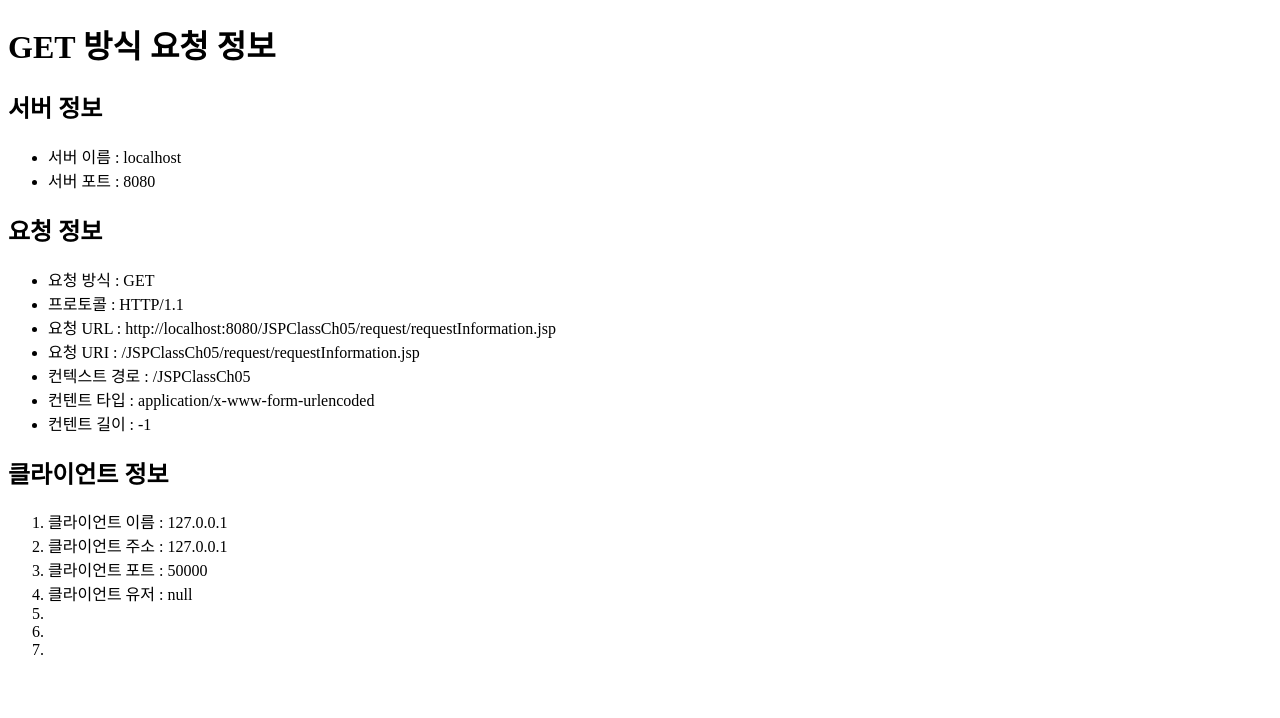
Repository: ddochiisrich/Ddochi-Web
Page: http://localhost/JSPClassCh05/request/requestInformation.jsp
The author's editor kept a copy of each file at every save. The page is drawn from the files as they stood at one save, then again after the next save.
The browser window is 1280 px wide. The pictures show the whole page.
The page is served by Tomcat 9.

Above is the page before, as saved 2024-04-05 00:51:46.

### JSPClassCh05/src/main/webapp/request/requestInformation.jsp
<%@ page language="java" contentType="text/html; charset=UTF-8"
    pageEncoding="UTF-8"%>
<!DOCTYPE html>
<html>
<head>
<meta charset="UTF-8">
<title>Insert title here</title>
</head>
<body>
	<h1><%= request.getMethod() %> 방식 요청 정보</h1>
	<h2>서버 정보</h2>
		<ul>
			<li>서버 이름 : <%= request.getServerName() %></li>
			<li>서버 포트 : <%= request.getServerPort() %></li>
		</ul>
	<h2>요청 정보</h2>
		<ul>
			<li>요청 방식 : <%= request.getMethod() %></li>
			<li>프로토콜 : <%= request.getProtocol() %></li>
			<li>요청 URL : <%= request.getRequestURL() %></li>
			<li>요청 URI : <%= request.getRequestURI() %></li>
			<li>컨텍스트 경로 : <%= request.getContextPath() %></li>
			<li>컨텐트 타입 : <%= request.getContentType() %></li>
			<li>컨텐트 길이 : <%= request.getContentLength() %></li>
		</ul>
	<h2>클라이언트 정보</h2>
		<ol>
			<li>클라이언트 이름 : <%= request.getRemoteHost() %></li>
			<li>클라이언트 주소 : <%= request.getRemoteAddr() %></li>
			<li>클라이언트 포트 : <%= request.getRemotePort() %></li>
			<li>클라이언트 유저 : <%= request.getRemoteUser() %></li>
			<li></li>
			<li></li>
			<li></li>
		</ol>
</body>
</html>

After the next save:
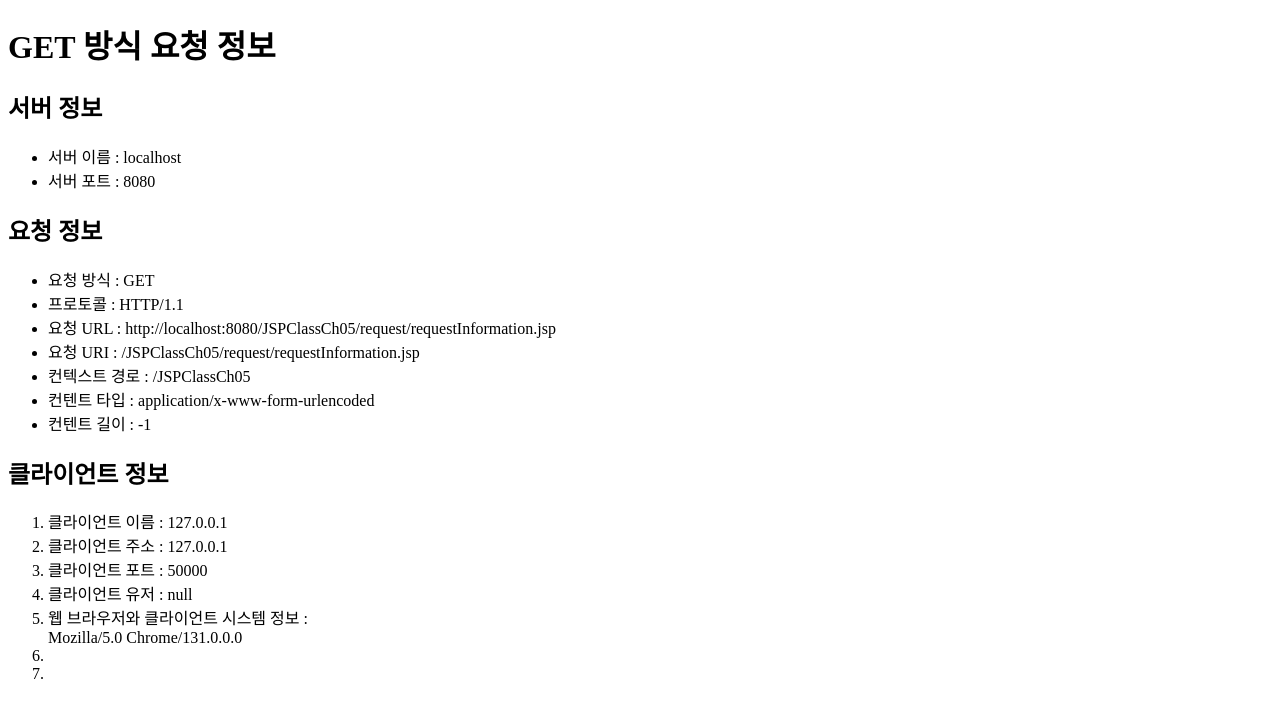
Saved 60 s later.
--- a/JSPClassCh05/src/main/webapp/request/requestInformation.jsp
+++ b/JSPClassCh05/src/main/webapp/request/requestInformation.jsp
@@ -29,7 +29,8 @@
 			<li>클라이언트 주소 : <%= request.getRemoteAddr() %></li>
 			<li>클라이언트 포트 : <%= request.getRemotePort() %></li>
 			<li>클라이언트 유저 : <%= request.getRemoteUser() %></li>
-			<li></li>
+			<li>웹 브라우저와 클라이언트 시스템 정보 : <br>
+				<%= request.getHeader("User-Agent") %></li>
 			<li></li>
 			<li></li>
 		</ol>
